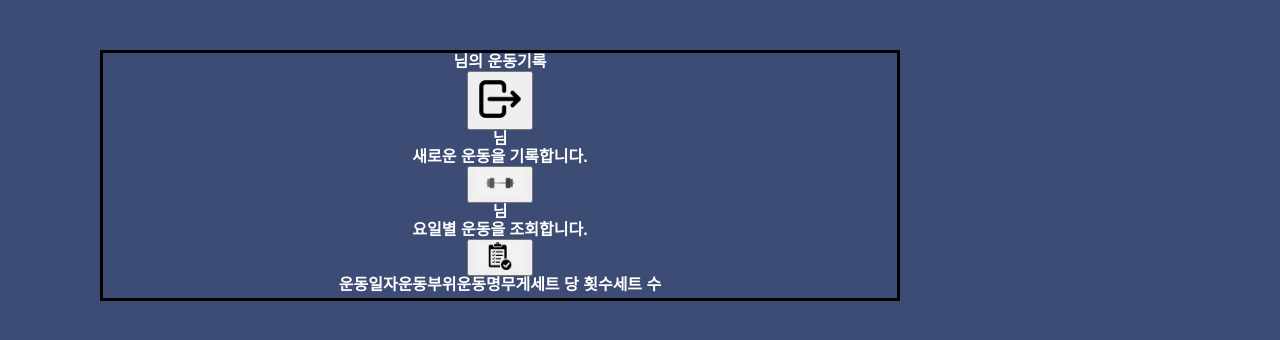
Repository: Up-Min/hrdkorea
Page: http://localhost/jsp_workout/main.jsp
The author's editor kept a copy of each file at every save. The page is drawn from the files as they stood at one save, then again after the next save.
The browser window is 1280 px wide. The pictures show the whole page.
The page is served by Tomcat 9. The template is opened directly, without the code that normally fills it, so the values that code supplies are empty.

Above is the page before, as saved 2022-12-31 04:18:53.

After the next save:
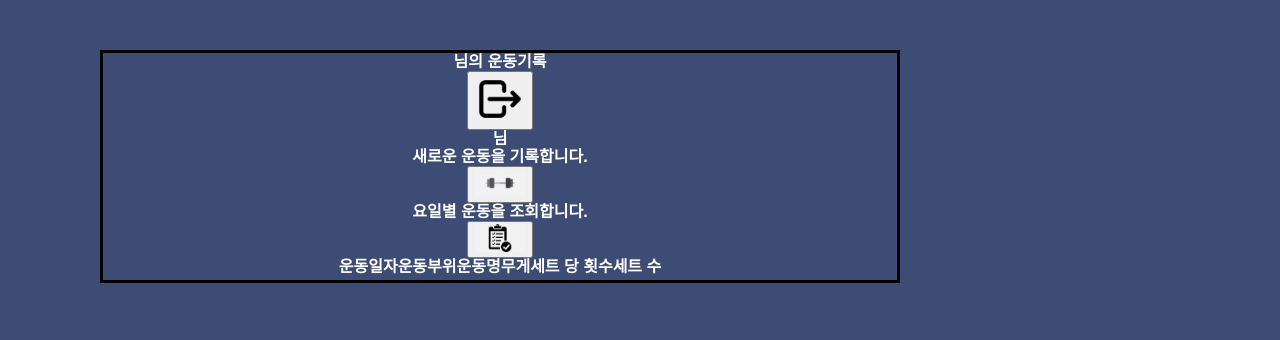
Saved 17 s later.
--- a/jsp_workout/src/main/webapp/main.jsp
+++ b/jsp_workout/src/main/webapp/main.jsp
@@ -66,7 +66,6 @@ cursor: pointer;
 					<input type="hidden" name="id" value="${id}"> <input
 						type="hidden" name="num" value="${num}"> <input
 						type="hidden" name="pwd" value="${pwd}">
-					<p>${id}님
 					<p>요일별 운동을 조회합니다.</p>
 					<button onclick="chk_form(); return false;"><img alt="운동조회" src="./img/chart.png" width = "50px"></button>
 				</form>
